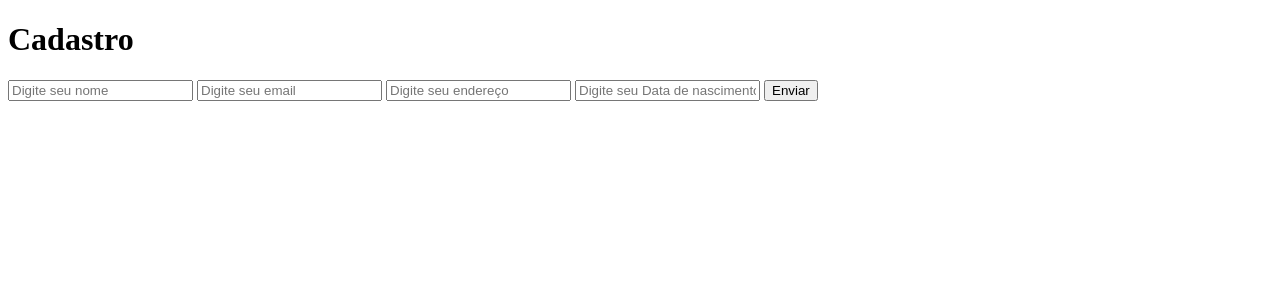
Repository: rodneyems/java-web-fj21
Page: fj21-agenda/WebContent/index.html
The author's editor kept a copy of each file at every save. The page is drawn from the files as they stood at one save, then again after the next save.
The browser window is 1280 px wide. The pictures show the whole page.

Above is the page before, as saved 2021-07-01 01:04:24.

### fj21-agenda/WebContent/index.html
<!DOCTYPE html>
<html>
<head>
<meta charset="UTF-8">
<title>Rodney</title>
</head>
<body>
	<h1>Cadastro</h1>
	<form action="adicionaContato">
		<input type="text" name="nome" placeholder="Digite seu nome"></input>
		<input type="text" name="email" placeholder="Digite seu email"></input>
		<input type="text" name="endereco" placeholder="Digite seu endereço"></input>
		<input type="text" name="data" placeholder="Digite seu Data de nascimento"></input>
		<button type="submit">Enviar</button>
	</form>
</body>
</html>

After the next save:
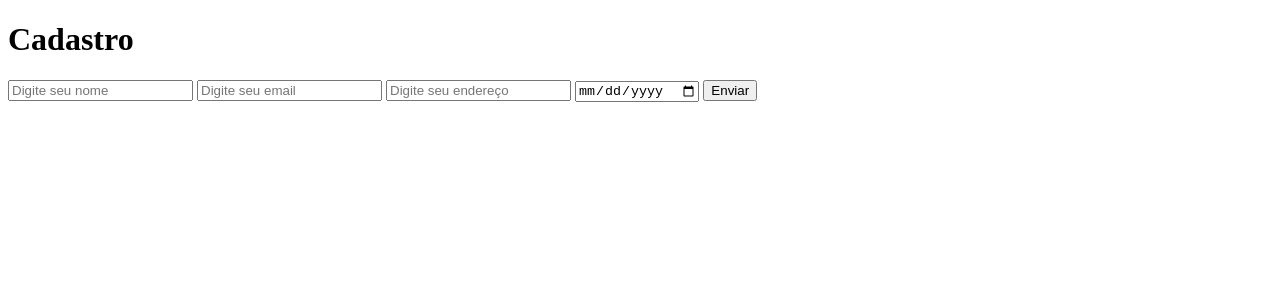
Saved 35 s later.
--- a/fj21-agenda/WebContent/index.html
+++ b/fj21-agenda/WebContent/index.html
@@ -10,7 +10,7 @@
 		<input type="text" name="nome" placeholder="Digite seu nome"></input>
 		<input type="text" name="email" placeholder="Digite seu email"></input>
 		<input type="text" name="endereco" placeholder="Digite seu endereço"></input>
-		<input type="text" name="data" placeholder="Digite seu Data de nascimento"></input>
+		<input type="date" name="data" placeholder="Digite seu Data de nascimento"></input>
 		<button type="submit">Enviar</button>
 	</form>
 </body>
